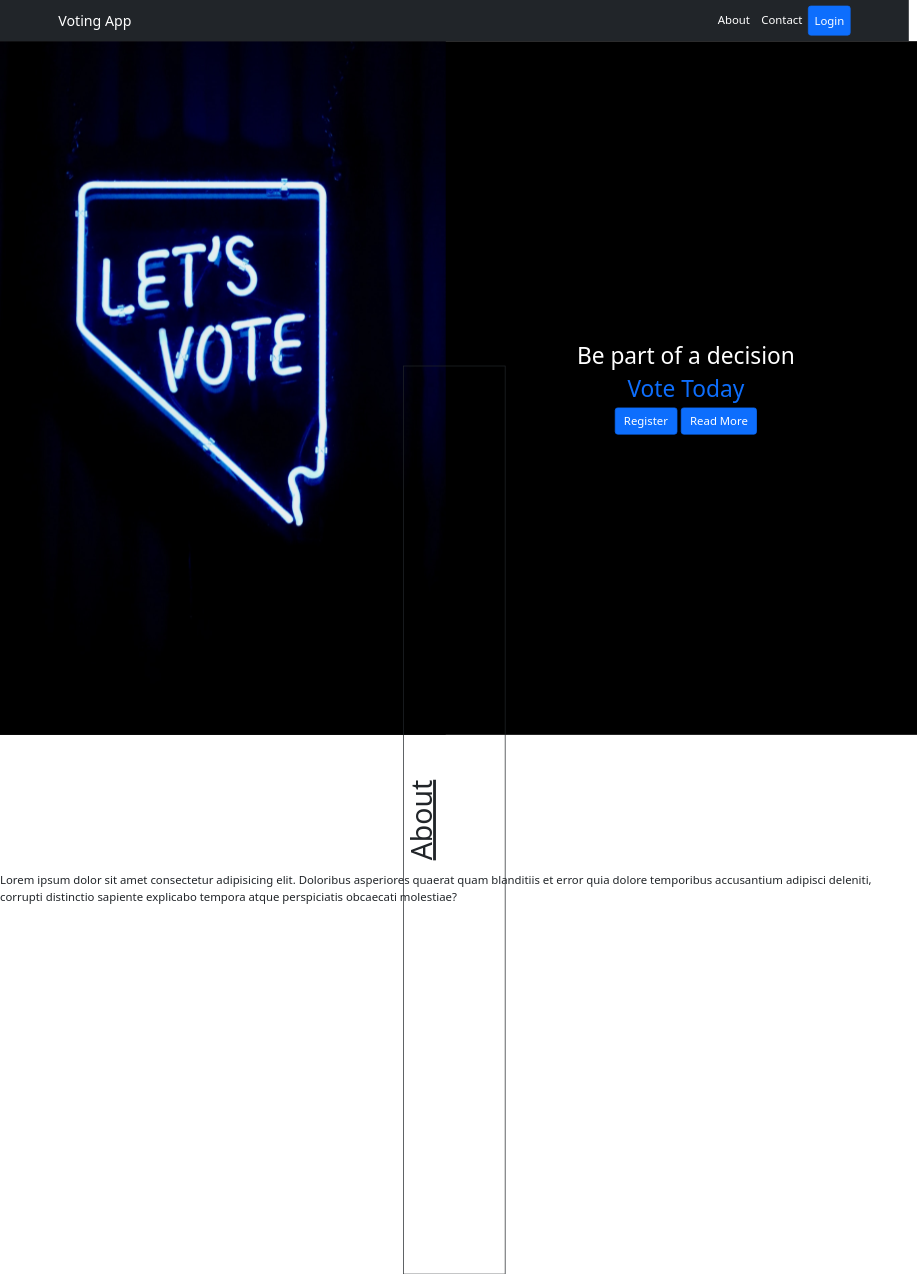
Repository: DavidManiIbrahim/Voting-app
Page: index.html
An editor plug-in stored every save of this project. The page is shown before and after a run of saves, followed by the edit.
The browser window is 1280 px wide. The page is 1292 px wide, so the pictures cover 1292 px, including what lies to the right of the window. The pictures show the whole page, at 71% of full size.

Above is the page before, as saved 2025-01-18 04:06:48.

After the next 3 saves:
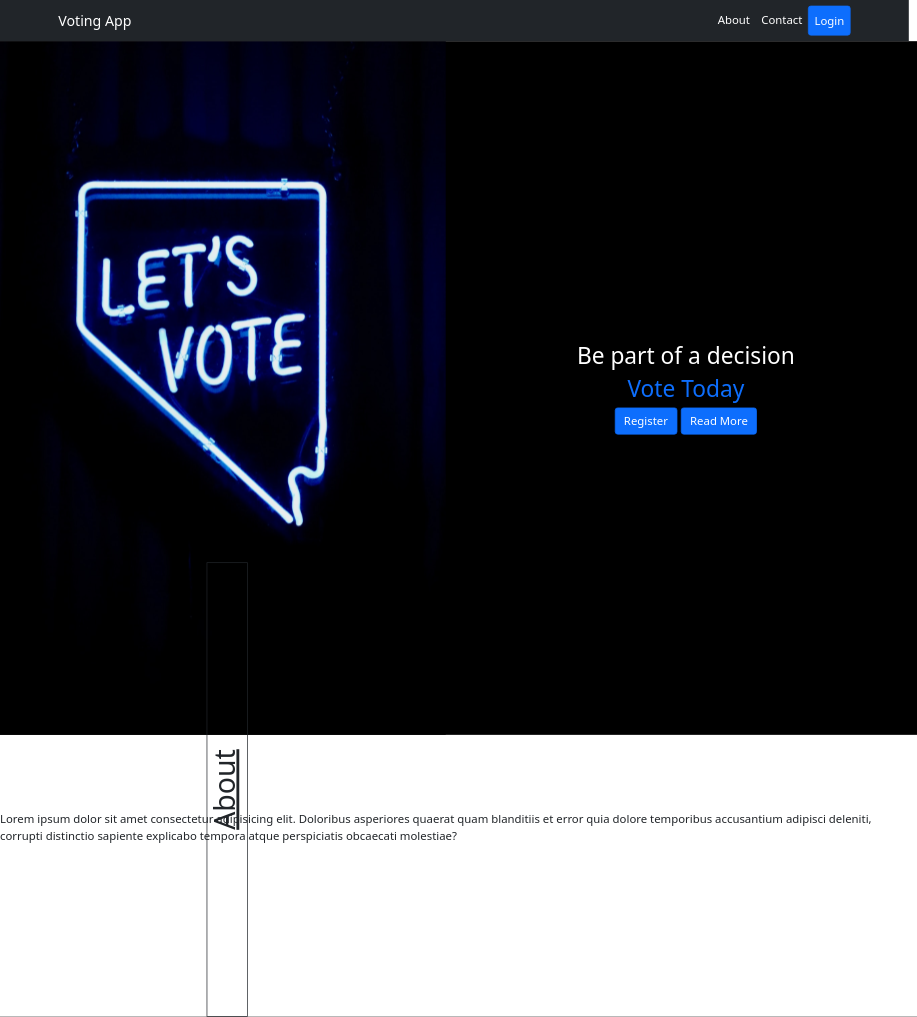
The 3 saves are shown as one change because they came seconds apart.
The last was saved 10 s later.
--- a/styles.css
+++ b/styles.css
@@ -11,8 +11,8 @@
 .rotate{
     border:1px solid;
     rotate: 270deg;
-    /* width:50%; */
-    height:20vh;
+    width:50%;
+    /* height:20vh; */
     /* position: absolute; */
     /* top: 140%; */
     text-align: center;
